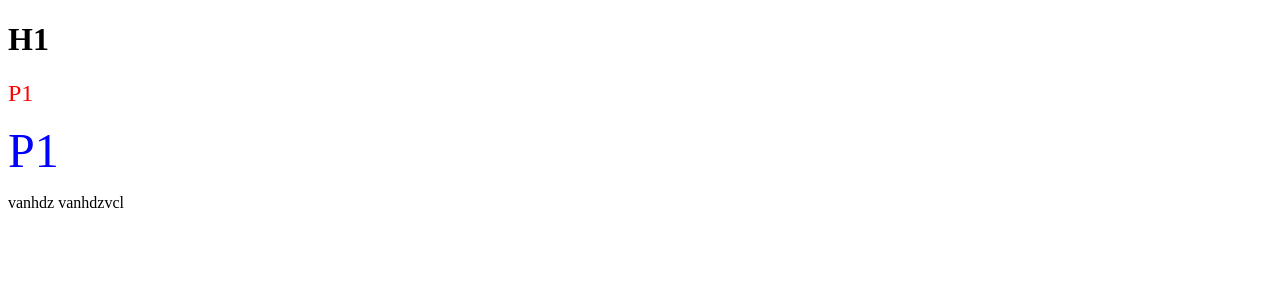
Repository: Vanh260703/Java-Servlet
Page: Bai1_HelloWorld/src/main/webapp/vidu.html
An editor plug-in stored every save of this project. The page is shown before and after the next save, followed by the edit.
The browser window is 1280 px wide. The pictures show the whole page.

Above is the page before, as saved 2025-02-27 16:36:13.

After the next save:
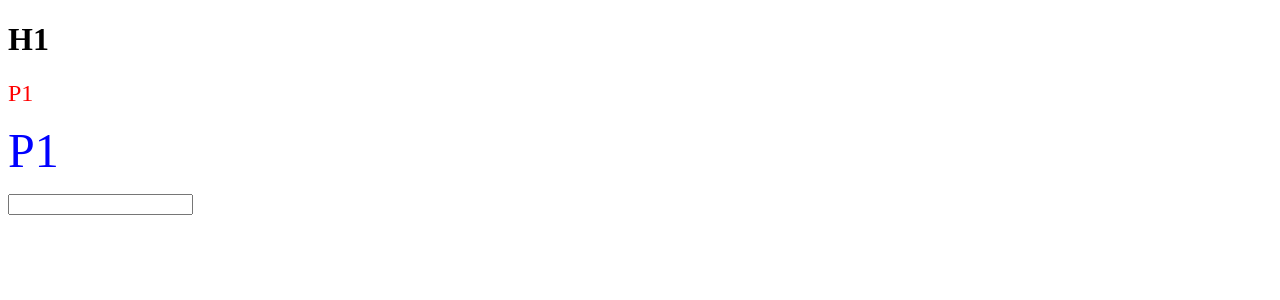
Saved 26 min 27 s later.
--- a/Bai1_HelloWorld/src/main/webapp/vidu.html
+++ b/Bai1_HelloWorld/src/main/webapp/vidu.html
@@ -7,21 +7,14 @@
 <body>
 	<h1>H1</h1>
 	<p>
-	<font color = "red" size = "5" >
-		P1
-	</font>
+		<font color="red" size="5"> P1 </font>
 	</p>
 
 	<p>
-	<font color = "blue" size = "10" >
-		P1
-	</font>
+		<font color="blue" size="10"> P1 </font>
 	</p>
 
-	<p>
-	vanhdz
-	vanhdzvcl
-	</p>
+	<input type = "url">
 
 </body>
 </html>
